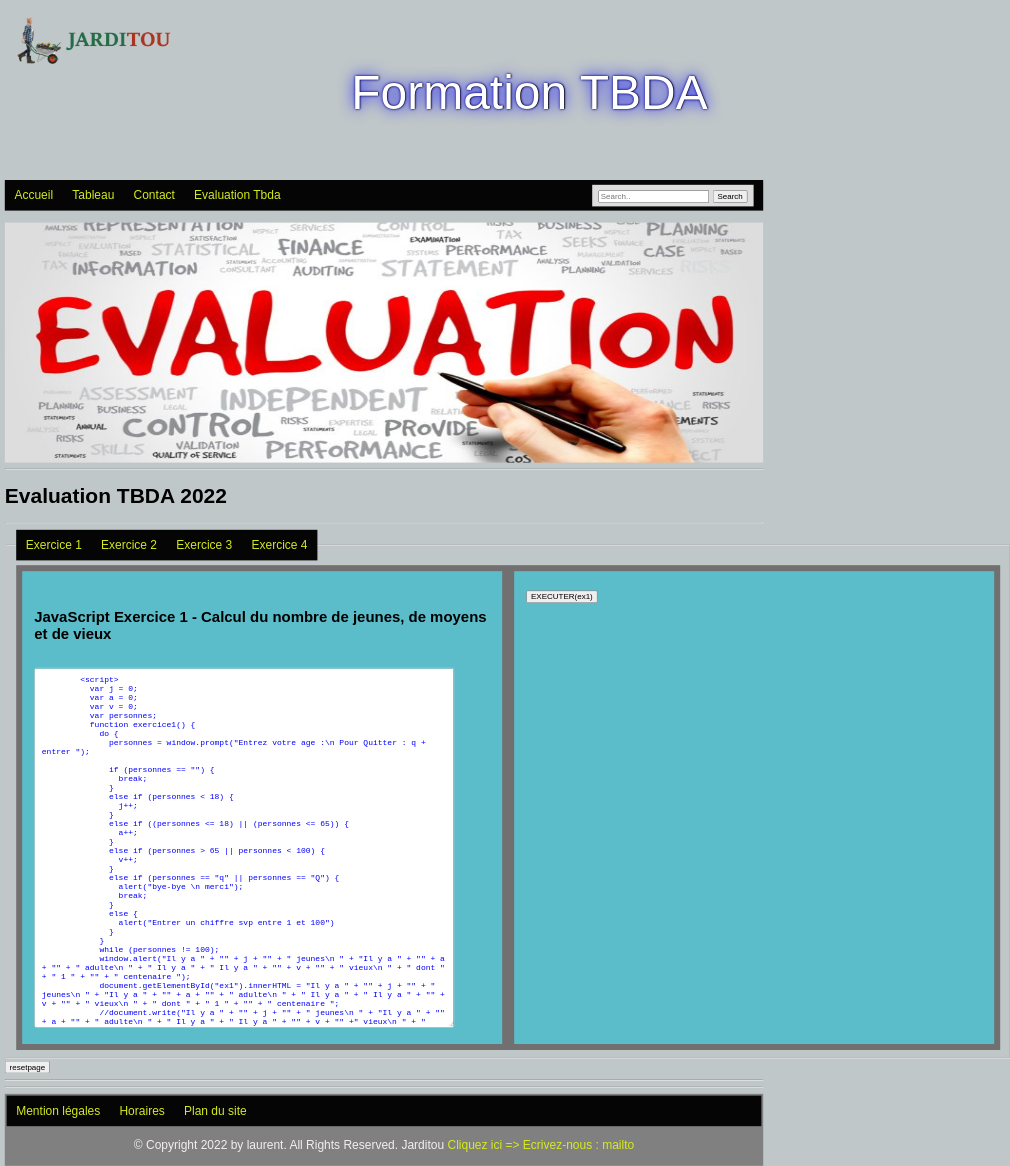
Repository: laurentbul/jarditou
Page: javascript/EvaluationTbda/eval_ex1.html
The author's editor kept a copy of each file at every save. The page is drawn from the files as they stood at one save, then again after the next save.
The browser window is 1280 px wide. The page is 1684 px wide, so the pictures cover 1684 px, including what lies to the right of the window. The pictures show the whole page, at 60% of full size.
An inner scrolling area shows only its first screen.

Above is the page before, as saved 2022-12-15 02:55:55.

After the next save:
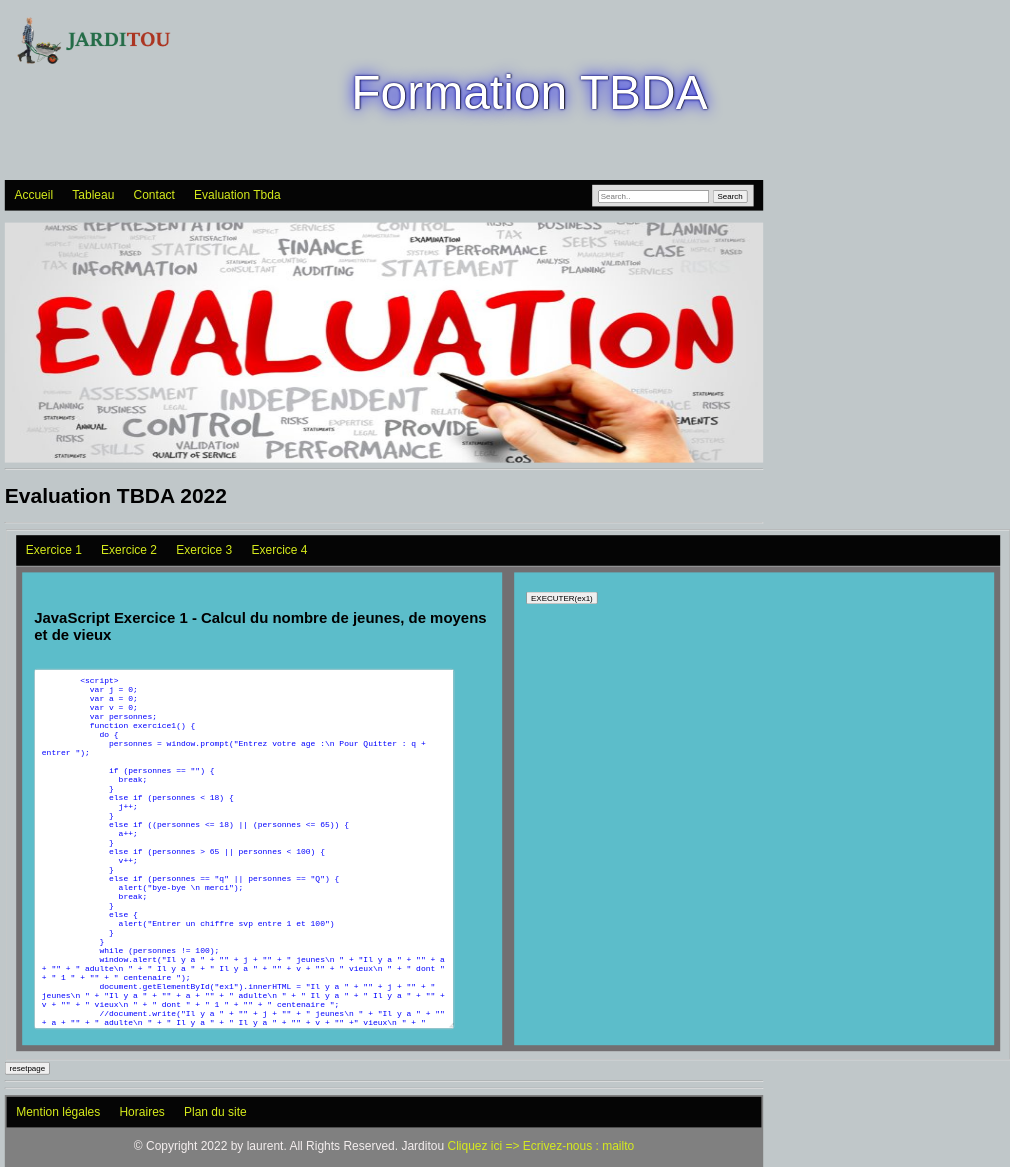
Saved 70 s later.
--- a/javascript/EvaluationTbda/eval_ex1.html
+++ b/javascript/EvaluationTbda/eval_ex1.html
@@ -56,8 +56,7 @@
   <h1>Evaluation TBDA 2022</h1>
   <hr>
   <fieldset>
-    <legend style="padding:1px 0; font-size:20px;">
-      <nav>
+      <nav style="padding:1px 0; font-size:20px;">
         <ul>
           <li><a href="eval_ex1.html">Exercice 1 </a></li>
           <li><a href="eval_ex2.html">Exercice 2 </a></li>
@@ -66,7 +65,6 @@
           </li>
         </ul>
       </nav>
-    </legend>
     <div class="flex-container2">
       <div id="code">
         <h5>JavaScript Exercice 1 - Calcul du nombre de jeunes, de moyens et de vieux</h5>
